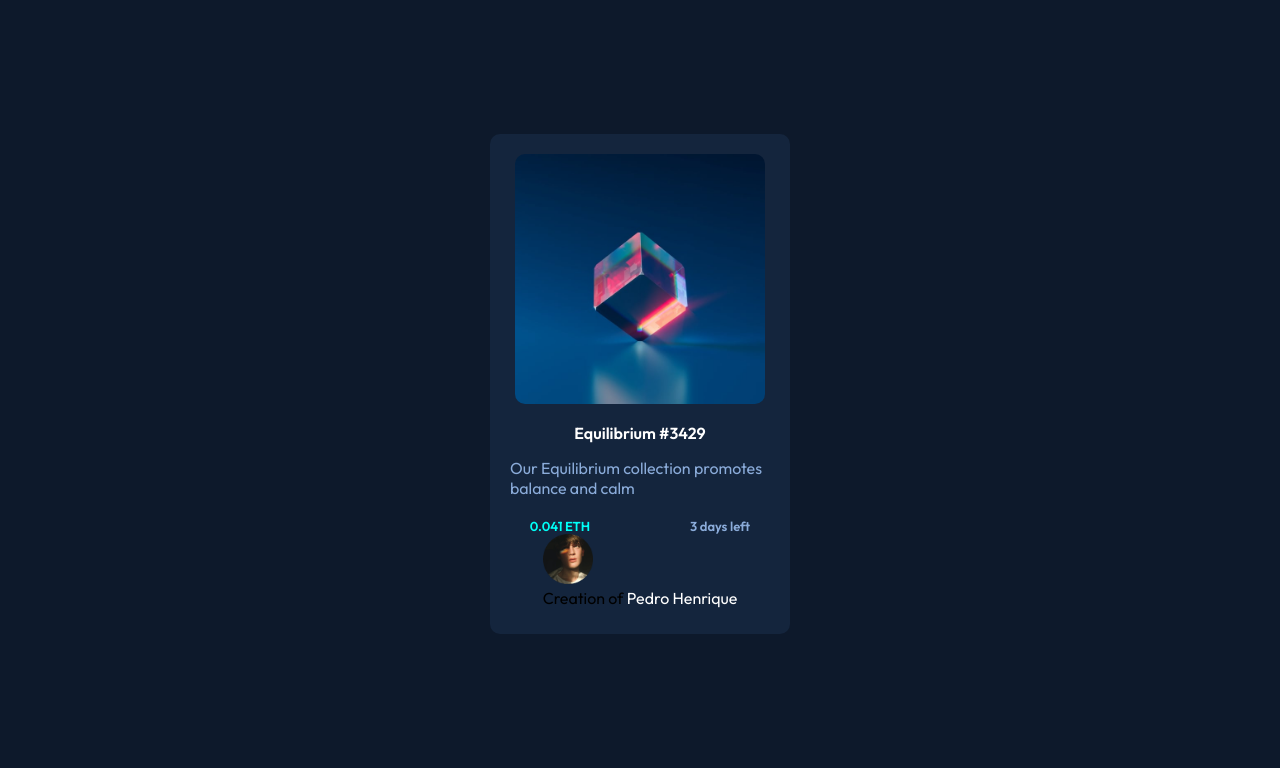
Repository: PedroHEAA/nft
Page: index.html
An editor plug-in stored every save of this project. The page is shown before and after a run of saves, followed by the edit.
The browser window is 1280 px wide. The pictures show the whole page.

Above is the page before, as saved 2022-11-03 20:30:14.

### index.html
<!DOCTYPE html>
<html lang="en">
<head>
    <meta charset="UTF-8">
    <meta http-equiv="X-UA-Compatible" content="IE=edge">
    <meta name="viewport" content="width=device-width, initial-scale=1.0">
    <meta name="description" content="Esse é um projeto do front end mentor, para eu desenvolver habilidades técnicas para ficar cada dia melhor">
    <link rel="stylesheet" href="src/css/reset.css">
    <link rel="stylesheet" href="src/css/style.css">
    <link rel="stylesheet" href="src/css/variables.css">
    <link rel="shortcut icon" href="src/images/favicon-32x32.png" type="image/x-icon">
    <title>NFT - preview card component</title>
</head>
<body>
    <main class="container">
        <div class="card">

            <a href="#">
                <img src="src/images/image-equilibrium.jpg" alt="Equilibrium NFT image" width="250px">
            </a>

                <div></div>
                <a href="#">
                    <h2 class="title">Equilibrium #3429</h2>
                </a>

                <p class="card-information">Our Equilibrium collection promotes balance and calm</p>

                <div class="info-elements">
                    <p class="angle"> 0.041 ETH</p>
                    <p class="days"> 3 days left</p>
                </div>

            <div class="creator">
                <img src="src/images/image-avatar.png" alt="NFT creator" width="50px">
                <p> Creation of <a href="#">Pedro Henrique</a></p>
            </div>
        </div>
    </main>
</body>
</html>

### src/css/reset.css
*{
    margin: 0;
    padding: 0;
    box-sizing: border-box;
}

a{
    text-decoration: none;
    color: var(--white);
}

### src/css/style.css
@import url('https://fonts.googleapis.com/css2?family=Outfit:wght@300;400;600&display=swap');

body{
    font-family: 'Outfit', sans-serif;
}

.container{
    max-width: 1366px;
    height: 768px;
    background-color: var(--main-color);
    display: flex;
    justify-content: center;
    align-items: center;

}

.card{
    background-color: var(--card-color);
    width: 300px;
    height: 500px;
    border-radius: 10px;
    display: flex;
    flex-direction: column;
    align-items: center;
    padding: 20px;
}

.card .title{
    font-size: 16px;
    display: flex;
    justify-content: flex-start;
    margin-top: 15px;
}

.card .card-information{
    color: var(--secondary-color);
    margin-top: 15px;
}

img{
    border-radius: 10px;
}

.info-elements{
    display: flex;
    justify-content: space-between;
    gap: 100px;
    font-size: 13px;
    font-weight: 600;
    margin-top: 20px;
}

.info-elements .angle{
    color: var(--angle-color);
    display: flex;
    gap: 4px;
}

.info-elements .days{
    color: var(--secondary-color);
    display: flex;
    gap: 4px;
}

### src/css/variables.css
:root{
    --main-color: hsl(217, 54%, 11%);
    --card-color: hsl(216, 50%, 16%);
    --line-color: hsl(215, 32%, 27%);
    --white: hsl(0, 0%, 100%);
    --angle-color: hsl(178, 100%, 50%);
    --secondary-color: hsl(215, 51%, 70%);
}

After the next 2 saves:
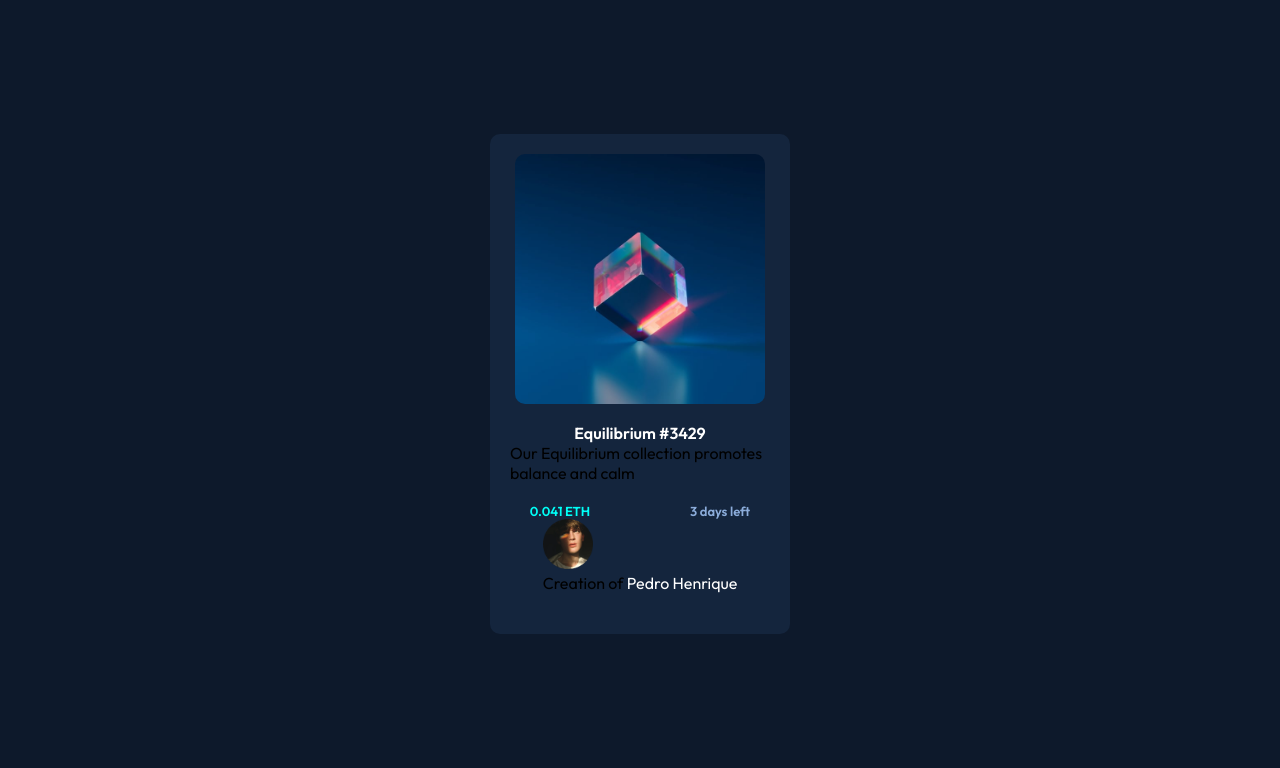
The 2 saves are shown as one change because they came seconds apart.
The last was saved 10 s later.
--- a/index.html
+++ b/index.html
@@ -24,7 +24,7 @@
                     <h2 class="title">Equilibrium #3429</h2>
                 </a>
 
-                <p class="card-information">Our Equilibrium collection promotes balance and calm</p>
+                <p class="card-description">Our Equilibrium collection promotes balance and calm</p>
 
                 <div class="info-elements">
                     <p class="angle"> 0.041 ETH</p>

After the save that followed:
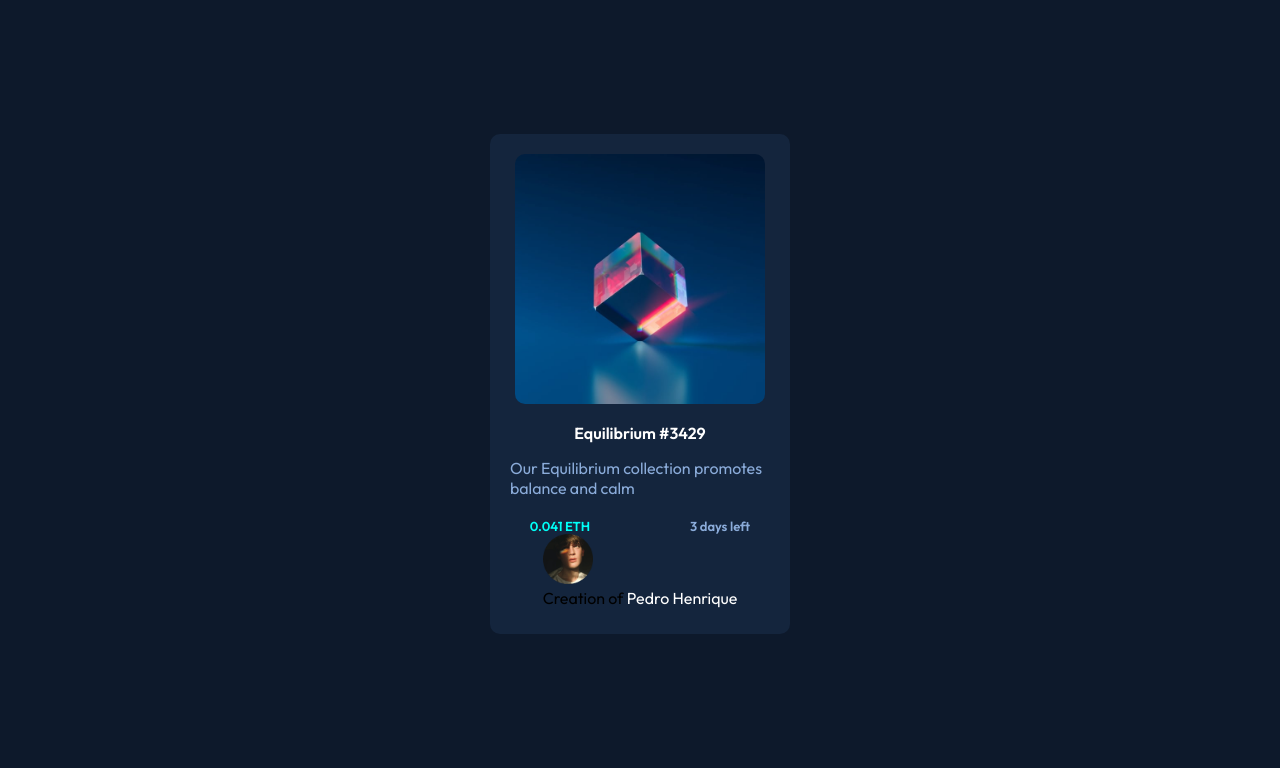
Saved 8 s later.
--- a/src/css/style.css
+++ b/src/css/style.css
@@ -32,7 +32,7 @@
     margin-top: 15px;
 }
 
-.card .card-information{
+.card .card-description{
     color: var(--secondary-color);
     margin-top: 15px;
 }
